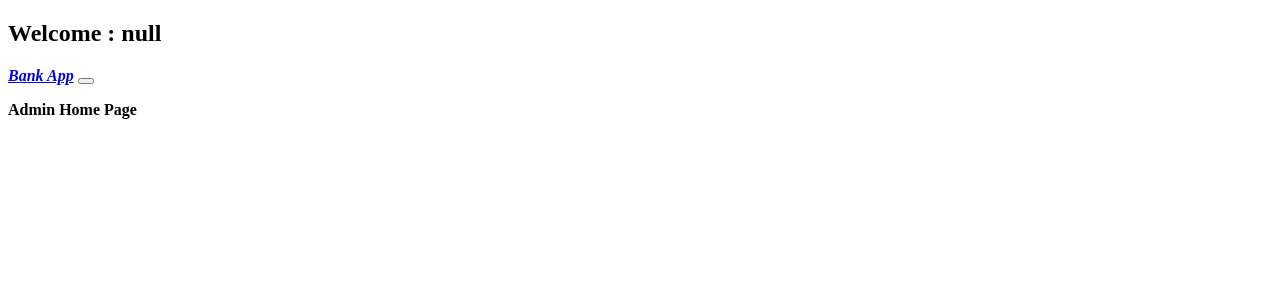
Repository: Niket-mishra/Dummy
Page: http://localhost/Mini-Project/GenerateAccountNumber.jsp
The author's editor kept a copy of each file at every save. The page is drawn from the files as they stood at one save, then again after the next save.
The browser window is 1280 px wide. The pictures show the whole page.
The page is served by Tomcat 10.

Above is the page before, as saved 2024-05-10 15:30:34.

After the next save:
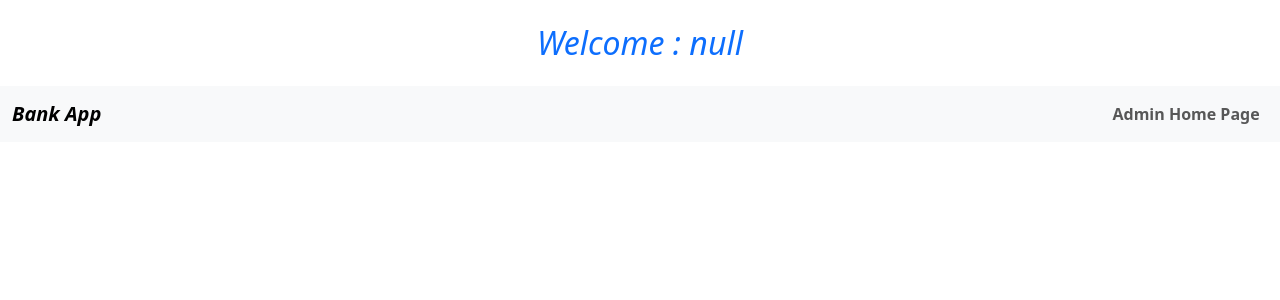
Saved 65 s later.
--- a/Mini-Project/src/main/webapp/GenerateAccountNumber.jsp
+++ b/Mini-Project/src/main/webapp/GenerateAccountNumber.jsp
@@ -5,6 +5,8 @@
 <head>
 <meta charset="ISO-8859-1">
 <title>Generate Account Number</title>
+<link href="https://cdn.jsdelivr.net/npm/bootstrap@5.3.3/dist/css/bootstrap.min.css" rel="stylesheet">
+
 </head>
 <body>
 <% String name = String.valueOf(session.getAttribute("name1")); %>
